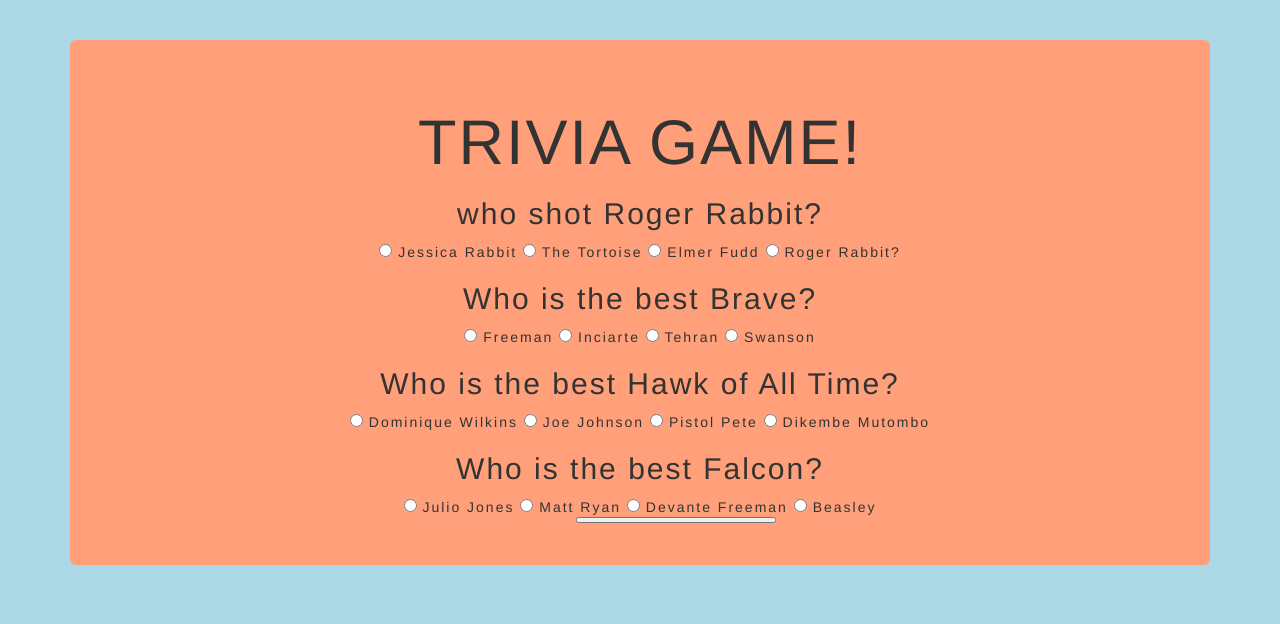
Repository: phiniezyc/TriviaGame
Page: index.html
These files come from the project's save history. The page is drawn as it stood at one moment and after the next save; the edit follows.
The browser window is 1280 px wide. The pictures show the whole page.
After loading, the first visible `#startGameButton` was clicked once.
Some web libraries are served in a nearby version.

Above is the page before, as saved 2017-09-14 00:45:47.

After the next save:
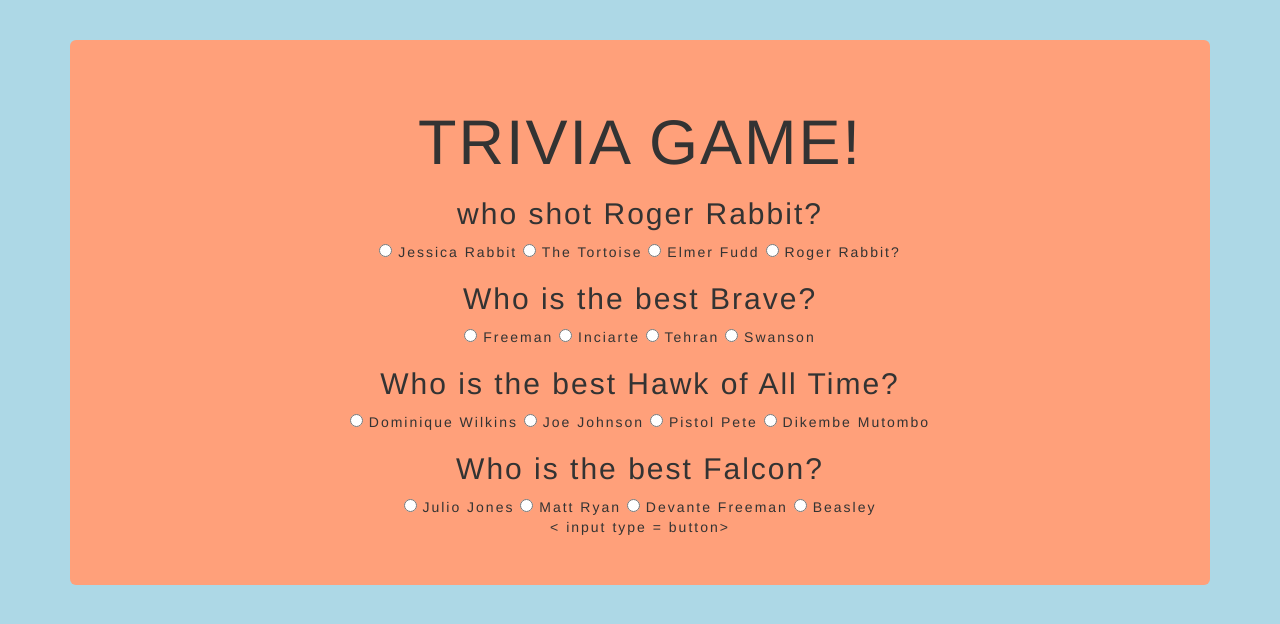
Saved 13 s later.
--- a/assets/javascript/app.js
+++ b/assets/javascript/app.js
@@ -7,7 +7,7 @@
             $("#questionSection").append("<input type = 'radio' name= 'questionsToAsk" + i + " 'value' " + questions[i].answers[j] + "'>" + questions[i].answers[j])
         }
     }
-    $("#questionSection").after("<button>")
+    $("#questionSection").after("< input type = button>")
 });
 
 var questions = [{
